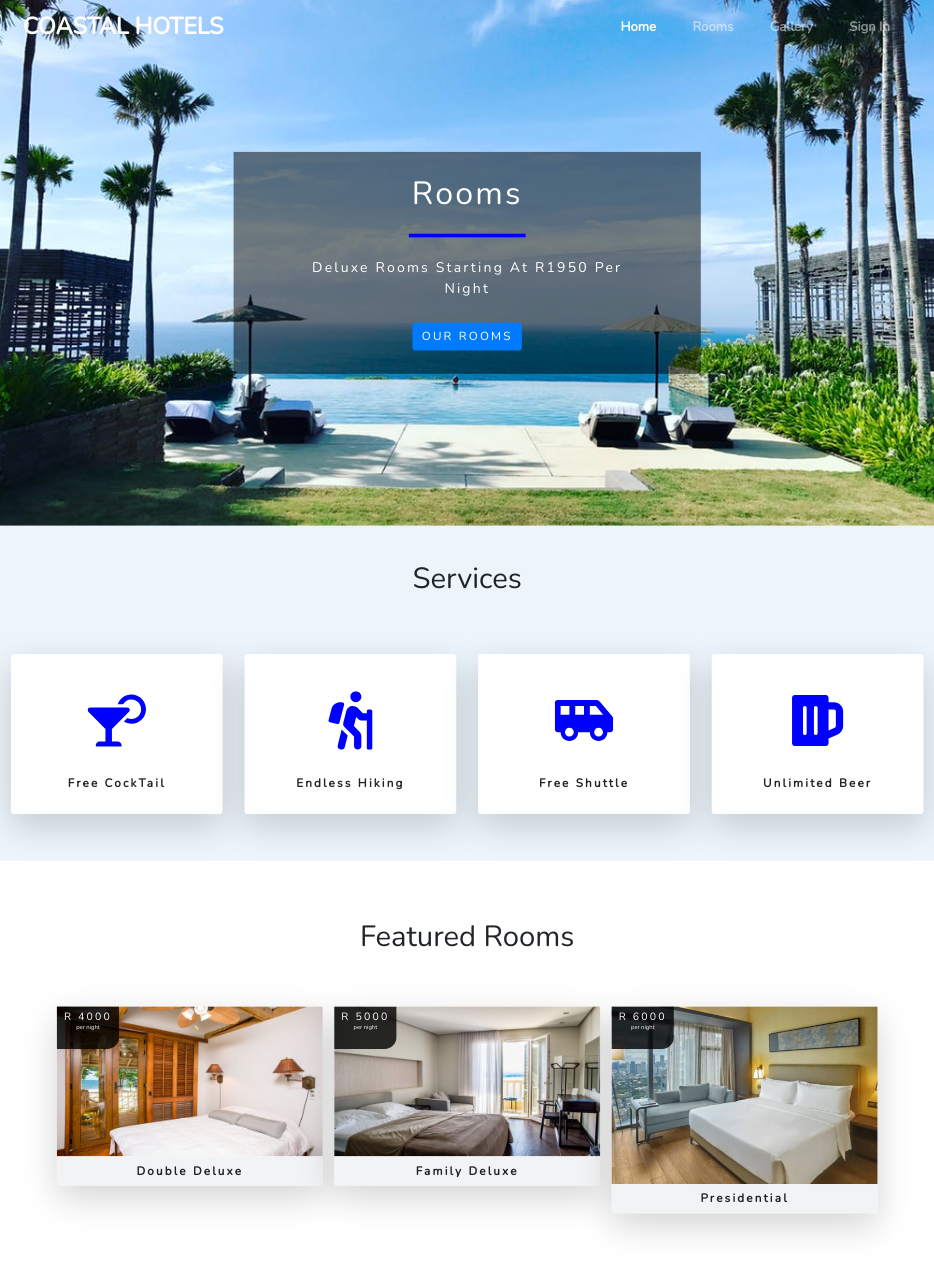
Repository: tebo27cMd/hotel
Page: /
These files come from the project's save history. The page is drawn as it stood at one moment and after a run of saves; the edit follows.
The browser window is 1280 px wide. The pictures show the whole page, at 73% of full size.
The project was rebuilt for these pictures with package versions that can differ from the ones it lists, and the page was loaded fresh each time. Also part of the build but not shown: src/components/RoomsFilter.jsx, src/components/RoomsList.jsx, src/components/RoomsContainer.jsx, src/pages/Rooms.jsx, src/components/StyledHero.jsx, src/firebase.js, src/pages/SingleRoom.jsx, src/pages/Error.jsx and 7 more.

Above is the page before, as saved 2022-11-16 13:04:24.

### public/index.html
<!DOCTYPE html>
<html lang="en">
  <head>
    <meta charset="utf-8" />
    <link rel="icon" href="%PUBLIC_URL%/favicon.ico" />
    <meta name="viewport" content="width=device-width, initial-scale=1" />
    <meta name="theme-color" content="#000000" />
    <meta
      name="description"
      content="Web site created using create-react-app"
    />
    <link rel="apple-touch-icon" href="%PUBLIC_URL%/logo192.png" />
    <link rel="manifest" href="%PUBLIC_URL%/manifest.json" />
    <title>Hotel Booking App</title>
    <link href="https://fonts.googleapis.com/css2?family=Nunito&display=swap" rel="stylesheet">
  </head>
  <body>
    <noscript>You need to enable JavaScript to run this app.</noscript>
    <div id="root"></div>
  </body>
</html>

### src/index.js
import React from 'react';
import ReactDOM from 'react-dom';
import App from './App';
import './index.css'
import * as serviceWorker from './serviceWorker';
import {RoomProvider} from './context'


ReactDOM.render(
  <React.StrictMode>
  <RoomProvider>
     <App />
  </RoomProvider>
  </React.StrictMode>,
  document.getElementById('root')
);

serviceWorker.unregister();

### src/App.js
import React from 'react';
import './App.css';
import '../node_modules/bootstrap/dist/css/bootstrap.min.css';
import '../node_modules/bootstrap/dist/js/bootstrap.min.js';
import { BrowserRouter,Route,Switch } from 'react-router-dom';
import Home from './pages/Home';
import Rooms from './pages/Rooms';
import SingleRoom from './pages/SingleRoom';
import Error from './pages/Error';
import Navbar from './components/Navbar';
import About from './pages/About';
// import Footer from './components/Footer';
import Contact from './pages/Contact';
import Booknow from './pages/Booknow';
// import Login from './pages/Login';
// import Register from './pages/Register';
import Payment from './pages/Payments';
import Gallery from './pages/gallery';

function App() {
  return (
    <div className="App">
      <BrowserRouter>
        <Navbar/>
        <Switch>
          {/* <Route exact path="/" component={Login}/> */}
          <Route exact path="/" component={Home} />
          <Route path="/about" component={About} />
          <Route path="/contact" component={Contact} />
          <Route path="/rooms/:id" component={SingleRoom} />
          <Route path="/rooms/" component={Rooms}/>
          <Route path="/booknow/:id" component={Booknow} />
          <Route path='/payments' component={Payment}/>
          <Route path='/gallery' component={Gallery}/>
          {/* <Route path='/login' component={Login}/>
          <Route path='/register' component={Register}/> */}
          <Route component={Error}/>
        </Switch>
        {/* <Footer/> */}
      </BrowserRouter>
    </div>
  );
}

export default App;

### src/App.css
@import url('https://fonts.googleapis.com/css2?family=Nunito&display=swap');
body {
  margin: 0;
  padding: 0;
  font-family: 'Nunito', sans-serif;
}
* {
  margin: 0;
  padding: 0;
  box-sizing: border-box;
}
:root {
  --primaryColor: #0000ff;
  --mainWhite: #fff;
  --offWhite: #f7f7f7;
  --mainBlack: #222;
  --mainGrey: #ececec;
  --darkGrey: #cfcfcf;
  --mainTransition: all 0.3s linear;
  --mainSpacing: 3px;
  --lightShadow: 2px 5px 3px 0px rgba(0, 0, 0, 0.5);
  --darkShadow: 4px 10px 5px 0px rgba(0, 0, 0, 0.5);
}
/* globals */
h1 {
  font-size: 3em;
  line-height: 1;
  margin-bottom: 0.5em;
}
h2 {
  font-size: 2em;
  margin-bottom: 0.75em;
}
h3 {
  font-size: 1.5em;
  line-height: 1;
  margin-bottom: 1em;
}
h4 {
  font-size: 1.2em;
  line-height: 1.25;
  margin-bottom: 1.25em;
}
h5 {
  font-size: 1em;
  font-weight: bold;
  margin-bottom: 1.5em;
}
h6 {
  font-size: 1em;
  font-weight: bold;
  margin-bottom: 1.5em;
}

.btn-primary {
  display: inline-block;
  text-decoration: none;
  letter-spacing: var(--mainSpacing);
  color: var(--mainBlack);
  background: var(--primaryColor);
  padding: 0.4rem 0.9rem;
  border: 3px solid var(--primaryColor);
  transition: var(--mainTransition);
  text-transform: uppercase;
  cursor: pointer;
}
.btn-warning {
  display: inline-block;
  text-decoration: none;
  letter-spacing: var(--mainSpacing);
  color: var(--mainBlack);
  background: var(--primaryColor);
  padding: 0.4rem 0.9rem;
  border: 3px solid var(--primaryColor);
  transition: var(--mainTransition);
  text-transform: uppercase;
  cursor: pointer;
}
.btn-primary:hover{
  text-decoration: none;
  background: transparent!important;
  color: #fff!important;
}
.btn-warning:hover{
  text-decoration: none;
  background: transparent!important;
  color: yellow!important;
}
.loading {
  text-transform: capitalize;
  text-align: center;
  margin-top: 3rem;
}
.roomerror{
  margin-top: 100px;
}
.roomerror:hover .error{
  background-color: #2C3E50;
  color: #ffffff!important;
}
.error {
  text-align: center;
  text-transform: uppercase;
  margin: 2rem 0;
}
.empty-search {
  text-align: center;
  text-transform: capitalize;
  margin: 2rem 0;
  padding: 1rem;
  letter-spacing: var(--mainSpacing);
}

/* end of globals */
/* Navbar */
.nav-link{
  padding: 8px 15px;
  margin-left: 10px;
  margin-right: 20px;
  font-size: 18px;
  text-align: center;
  border: 2px solid transparent;
  transition: .5s linear;
  font-weight: 800;
  -webkit-transition: .5s linear;
  -moz-transition: .5s linear;
  -ms-transition: .5s linear;
  -o-transition: .5s linear;
}
.bg-transparent.scrolled {
  background-color: black!important;
  transition:500ms ease;
}

.navbar-brand{
  font-size: 32px!important;
  color: #ffffff!important;
}
.nav-link:hover{
  color: #ffffff;
  border-bottom: 2px solid #ffffff;
}
.nav-link.active_class{
color: #ffffff;
border: 2px solid #ffffff;
font-weight: 800;
}

.form-control{
border: 2px solid #000;
}
.form-control:focus,
.form-control.active {
  border: 2px solid #000000!important;
}
textarea:focus,
textarea.form-control:focus,
input.form-control:focus,
input[type=text]:focus,
input[type=password]:focus,
input[type=email]:focus,
input[type=number]:focus,
[type=text].form-control:focus,
[type=password].form-control:focus,
[type=email].form-control:focus,
[type=tel].form-control:focus,
[contenteditable].form-control:focus {
box-shadow: inset 0 -1px 0 #ddd;
}


/* end of navbar */
/* Hero */
.defaultHero,
.roomsHero {
  min-height: calc(100vh - 0px);
  background: url("./images/defaultBcg.jpeg") center/cover no-repeat;
  display: flex;
  align-items: center;
  justify-content: center;
  position: relative;
}
.roomsHero {
  background-image: url("./images/room-2.jpg");
  min-height: calc(100vh - 0px);
}
.singleRoom {
  background-image: url("./images/room-3.jpeg");
  min-height: calc(100vh - 0px);
}
.roomsError{
  background-image: url("./images/error.jpg");
  min-height: calc(100vh - 0px);
}
.lost{
  font-size: 44px;
  color: yellow;
  text-align: center;
}
/* End of Hero */
/* Banner */
.banner {
  display: inline-block;
  position: absolute!important;
  background: rgba(0, 0, 0, 0.5)!important;
  color: var(--mainWhite);
  text-align: center;
  text-transform: capitalize;
  letter-spacing: var(--mainSpacing);
  top: 50%;
  left: 50%;
  transform: translate(-50%, -50%);
}
.banner h1 {
  font-size: 44px!important;
}
.banner div {
  width: 10rem;
  height: 5px;
  background: var(--primaryColor);
  margin: 1.7rem auto;
}
.banner p {
  font-size: 1.2rem;
  margin-bottom: 2rem;
}
@media screen and (max-width: 576px) {
  .banner {
    padding: 2rem 3rem!important
  }
  .banner h1 {
    font-size: 32px!important;
  }
}
@media screen and (min-width: 992px) {
  .banner {
    padding: 2rem 6rem;
  }
  .banner h1 {
    font-size: 4rem;
  }
}
/* End of Banner */
/* Title */
.section-title {
  text-align: center;
  margin-bottom: 4rem;
}
.section-title h4 {
  font-size: 2rem;
  letter-spacing: var(--mainSpacing);
  text-transform: capitalize;
  margin-bottom: 1rem;
}
.section-title div {
  width: 5rem;
  height: 5px;
  margin: 0 auto;
  background: var(--primaryColor);
}
/* end of Title */

/* services */
.services {
  padding: 3rem 0;
}
.services {
  background: #EBF5FB;
  text-align: center;
}

.service span {
  display: inline-block;
  color: var(--primaryColor);
  font-size: 80px;
  margin-bottom: 1.5rem;
  transition: 1s linear;
  -webkit-transition: 1s linear;
  -moz-transition: 1s linear;
  -ms-transition: 1s linear;
  -o-transition: 1s linear;
}
.services span:hover{
  transform: rotate(360deg);
  -webkit-transform: rotate(360deg);
  -moz-transform: rotate(360deg);
  -ms-transform: rotate(360deg);
  -o-transform: rotate(360deg);
}
.services h6 {
  letter-spacing: var(--mainSpacing);
  font-weight: 1000;
  text-transform: capitalize;
}
.services p {
  width: 80%;
  margin: 0 auto;
}
@media screen and (min-width: 992px) {
  .services-center {
    width: 95vw;
    max-width: 1170px;
  }
}

@media screen and (min-width: 1200px) {
  .services p {
    width: 100%;
  }
}
/*end of services */
/* featured rooms */

.featured-rooms {
  padding: 5rem 0;
}

/* end pf featured rooms */
/* room */
.room {
  transition: 0.4s linear;
  -webkit-transition: 0.4s linear;
  -moz-transition: 0.4s linear;
  -ms-transition: 0.4s linear;
  -o-transition: 0.4s linear;
  position: relative;
}
.room:hover {
  box-shadow: 0px 9px 18px rgba(0, 0, 0, 0.5)!important;
}

.price-top {
  position: absolute;
  top: 0;
  left: 0;
  background: rgba(0, 0, 0, 0.8);
  color: var(--mainWhite);
  padding: 0.3rem 0.6rem 0.5rem;
  border-bottom-right-radius: 1rem;
  font-size: 0.5rem;
  text-align: center;
  transition: 0.4s linear;
  -webkit-transition: 0.4s linear;
  -moz-transition: 0.4s linear;
  -ms-transition: 0.4s linear;
  -o-transition: 0.4s linear;
}
.price-top h6 {
  margin-bottom: 0;
  font-size: 0.9rem;
  font-weight: 300;
  letter-spacing: var(--mainSpacing);
}
.room-link {
  position: absolute;
  bottom: 0;
  right: 0;
  opacity: 0;
  transition: all 0.3s linear;
}
.room:hover {
  background: rgba(0, 0, 0, 0.8);
}
.room:hover img {
  opacity: 0.3;
}
.room:hover .price-top {
  opacity: 0;
}
.room:hover .room-link {
  opacity: 1;
  transform: translate(-90%, -200%) scale(1);
  -webkit-transform: translate(-90%, -200%) scale(1);
  -moz-transform: translate(-90%, -200%) scale(1);
  -ms-transform: translate(-90%, -200%) scale(1);
  -o-transform: translate(-90%, -200%) scale(1);
}
.room-info {
  background: #F2F3F4;
  text-transform: capitalize;
  padding: 0.5rem 0;
  text-align: center;
  font-weight: 700;
  letter-spacing: var(--mainSpacing);
  margin-bottom: 0;
}
/* end of room  */
/* single room*/

.single-room {
  padding: 5rem 0 0 0;
}
.single-room-images {
  width: 80vw;
  margin: 0 auto;
  display: grid;
  grid-template-columns: repeat(auto-fit, minmax(350px, 1fr));
  grid-row-gap: 2rem;
  grid-column-gap: 50px;
}
.single-room-images img {
  width: 100%;
  display: block;
}
.single-room-info {
  width: 80vw;
  display: grid;
  grid-template-columns: 1fr;
  margin: 2rem auto;
}
.desc,
.info {
  margin: 1rem 0;
}
.desc h3 {
  text-transform: capitalize;
  letter-spacing: var(--mainSpacing);
}
.desc p {
  line-height: 1.5;
}
.info h3,
.info h6 {
  text-transform: capitalize;
  letter-spacing: var(--mainSpacing);
}

.info h6 {
  font-weight: 300;
}
.room-extras {
  width: 80vw;
  margin: 0 auto 3rem auto;
}
.room-extras h6 {
  text-transform: capitalize;
  letter-spacing: var(--mainSpacing);
}
.extras {
  list-style-type: none;
  display: grid;
  grid-template-columns: repeat(auto-fit, minmax(330px, 1fr));
  grid-column-gap: 2rem;
  grid-row-gap: 1rem;
}
@media screen and (min-width: 992px) {
  .single-room-images,
  .single-room-info,
  .room-extras {
    width: 95vw;
    max-width: 1170px;
  }
  .single-room-info {
    display: grid;
    grid-template-columns: 1fr 1fr;
    grid-column-gap: 2rem;
  }
  .info {
    padding-left: 3rem;
  }
}
/* end of single room*/
/* roomlist */
.roomslist {
  padding: 5rem 0;
}
.roomslist-center {
  width: 80vw;
  margin: 0 auto;
  display: grid;
  grid-template-columns: repeat(auto-fill, minmax(270px, 1fr));
  grid-row-gap: 2rem;
  grid-column-gap: 30px;
}

@media screen and (min-width: 776px) {
  .roomslist-center {
    width: 90vw;
  }
}
@media screen and (min-width: 992px) {
  .roomslist-center {
    width: 95vw;
    max-width: 1170px;
  }
}
/* end of roomlist */
/*  rooms fitler*/
/* .filter-container {
  padding: 5rem 0;
}

.form-group {
  text-transform: capitalize;
}
.form-group label {
  display: block;
  letter-spacing: var(--mainSpacing);
  margin-bottom: 0.5rem;
} */

.single-extra label {
  display: inline-block;
  font-size: 0.8rem;
  margin-left: 0.5rem;
}

/* end of rooms fitler*/

/* aboutus */

.aboutus,.contact{
  margin-top: 100px!important;
}
.about_company,.team{
  padding: 60px 30px;
}
.about_info{
  letter-spacing: 40;
}
.carousel-inner{
  min-height: 400px!important;
  max-height: 400px!important;
}
.connect{
  font-size: 44px!important;
  padding: 5px 8px;
}
/*  */
.container-log{
  display: flex;
  width: 100vw;
  height: 100vh;
  background:url(./images/back.jpg);
  background-size: cover;
justify-content: center;
}


.details{
  padding-top: 200px;
  content:center ;
  /* place-content: ; */
}

.put{
  width:50px;
  font-size: 20px;
  margin-top:10px;
  padding-right: 30px;
}

.put label{
 width: 500px;
 /* height: 100px; */
 font-size: 0.9em;
}

#det{
  width: 300px;
  height: 30px;
  border-radius: 10px;
  border: 1px solid rgb(110, 9, 177);
}

.btn-login{
  display: flex;
  font-size: 19px;
  border-radius:9px;
  color:white;
  background: rgb(255, 98, 0);
  box-shadow:  black 0px 15px 12px;
  outline: none;
  cursor: pointer;
  margin-top: 20px;
  width: 60px;


}
.acc{
  display: flex;
  flex-direction: row;
}

.acc span{
  padding-top:15px;
}
.btnl{
  display: flex;
  justify-content: center;
}


.containerreg{

  padding-top: 200px;
  display: grid;
  background:url(./images/back.jpg);
  background-size: cover;
}

.input{
  width:300px;
  margin-bottom:5px ;
}
#input{
  height: 40px;
  width: 350px;
  border-radius:10px;
  border: 1px solid rgb(110, 9, 177);
}

.input label{
  font-size: 1.1em;
}

.Register{
  background-size: cover;
  display: flex;
  flex-direction: column;
  align-items: center;
  width: 400px;
  margin:auto;
}

.btn-reg{
  display: flex;
  font-size: 20px;
  border-radius:25px;
  color:white;
  background: blue;
  box-shadow:  black 0px 15px 12px;
  outline: none;
  cursor: pointer;
  transition: all 0.1s;


}

### src/pages/Home.jsx
import React from 'react'
import Hero from '../components/Hero';
import Banner from '../components/Banner';
import { Link } from 'react-router-dom';
import Services from '../components/Services';
import FeaturedRooms from '../components/FeaturedRooms';

export default function Home() {
    return (
        <>
        <Hero hero="defaultHero">
        </Hero>
        <Banner title="Rooms" subtitle="deluxe rooms starting at R1950 per night">
                <Link to="/rooms" className="btn btn-primary">
                      Our Rooms
                </Link>
        </Banner>
        <Services/>
        <FeaturedRooms/>
        </>

    )
}

### src/components/Navbar.jsx
import React from 'react';
import {NavLink} from 'react-router-dom';
import { FaAlignRight } from 'react-icons/fa';
import jquery from 'jquery';

// for changing navbar  color
jquery(window).scroll(function() {
jquery('nav').toggleClass('scrolled', jquery(this).scrollTop() > 0);
})

const Navbar = () => {
    return (
    <>
        <nav className="navbar navbar-expand-sm navbar-dark bg-transparent py-2 fixed-top">
            <div className="container-fluid ">
                <span className="navbar-brand font-weight-bolder">COASTAL HOTELS</span>
                <a href="void(0)" className="navbar-toggler border-0" data-toggle="collapse" data-target="#navbarSupportedContent" aria-controls="navbarSupportedContent" aria-expanded="false" aria-label="Toggle navigation">
                    <span>
                        <FaAlignRight className="nav-icon" /></span>
                </a>
                <div className="collapse navbar-collapse" id="navbarSupportedContent">
                    <ul className="navbar-nav ml-auto">
                        <li className="nav-item">
                            <NavLink className="nav-link"   to="/">Home</NavLink>
                        </li>
                        <li className="nav-item">
                            <NavLink className="nav-link"   to="/rooms">Rooms</NavLink>
                        </li>
                        <li className="nav-item">
                            <NavLink className="nav-link"   to="/Gallery">Gallery</NavLink>
                        </li>
                        <li className="nav-item">
                            <NavLink className="nav-link"   to="/login">Sign In</NavLink>
                        </li>
                    </ul>
                </div>
            </div>
        </nav>
    </>
    );
}
export default Navbar;

### src/components/Hero.jsx
import React from 'react'

export default function Hero({childern, hero}) {
    return <header className={hero}>{childern}</header>;

}

Hero.defaulProps ={
    hero:"defaultHero"
};

### src/components/Banner.jsx
import React from 'react'

export default function Banner({ children , title , subtitle  }) {
    return (
        <div className="banner">
            <h1>{title}</h1>
            <div/>
            <p>{subtitle}</p>
             {children}
        </div>
    )
}

### src/components/Services.jsx
import React, { Component } from 'react'
import Title from './Title'
import {FaCocktail, FaHiking , FaShuttleVan,FaBeer} from 'react-icons/fa'

export default class Services extends Component {
    state={
        services:[
            {
                icon:<FaCocktail/>,
                title: "Free CockTail",

            },
            {
                icon:<FaHiking/>,
                title: "Endless Hiking",

            },
            {
                icon:<FaShuttleVan/>,
                title: "Free Shuttle",

            },
            {
                icon:<FaBeer/>,
                title: "Unlimited Beer",

            },

        ]
    }
    render() {
        return (
            <div className="container-fluid services">
             <Title title="Services" />
                <div className="row">
                   {this.state.services.map((item, index) => {
                      return(
                        <div className="col-md-4 col-lg-3 col-12 mx-auto my-3" key={index}>
                            <div className="card shadow-lg border-0 p-4">
                                <article className="service">
                                <span>{item.icon}</span>
                                <h6>{item.title}</h6>
                                <p>{item.info}</p>
                                </article>
                           </div>
                        </div>
                      )
                   })}
                </div>
            </div>
        )
    }
}

### src/components/FeaturedRooms.jsx
import React, { Component } from 'react'
import { RoomContext } from '../context'
import Loading from './Loading';
import Room from './Room';
import Title from './Title';

export default class FeaturedRooms  extends Component {
    static contextType = RoomContext;
    render() {
        let { loading, featuredRooms : rooms } = this.context;
        console.log(rooms);
        rooms = rooms.map(room => {
            return <Room key={room.id} room={room}/>
        });
        return (

            <section className="featured-rooms container">
                <Title  title="Featured Rooms" />
                <div className="row">
                  {loading ? <Loading/> : rooms}
                </div>
            </section>
        )
    }
}

### src/components/Title.jsx
import React from 'react'

export default function Title({title}) {
    return (
        <div className="section-title">
            <h1>{title}</h1>
            {/* <div/> */}
        </div>
    )
}

### src/components/Loading.js
import React from 'react'
import loadingGif from '../images/gif/loading-arrow.gif';
export default function Loading() {
    return (
        <div className="loading">
           <h4>Rooms data loading...</h4>
           <img  src={loadingGif} alt="loading please wait"/>
        </div>
    )
}

### src/components/Room.jsx
import React from 'react';
import {Link} from 'react-router-dom';
import defaultImg from '../images/room-1.jpeg';
import PropTypes from 'prop-types';

export default function Room({room}) {
    const { name , id, images, price } = room;
    return (
        <div className="col-md-4 col-12 mx-auto p-2">
            <div className="card shadow-lg border-0 room">
                <img src={images[0] || defaultImg} alt="single room" className="img-fluid"/>
                <div className="price-top">
                    <h6>R {price}</h6>
                    <p>per night</p>
                </div>
                <Link to={`/rooms/${id}`} className="btn-warning room-link text-center" >Features</Link>
              <p className="room-info">{name}</p>
            </div>
        </div>
    )
}

Room.propTypes = {
    room: PropTypes.shape({
        name:PropTypes.string.isRequired,
        id:PropTypes.string.isRequired,
        images:PropTypes.arrayOf(PropTypes.string).isRequired,
        price:PropTypes.number.isRequired,
    })
}

Loaded but not shown: src/index.css (common file); src/serviceWorker.js (common file); src/data.js (760 lines, source omitted); src/context.js (116 lines, source omitted)

After the next 4 saves:
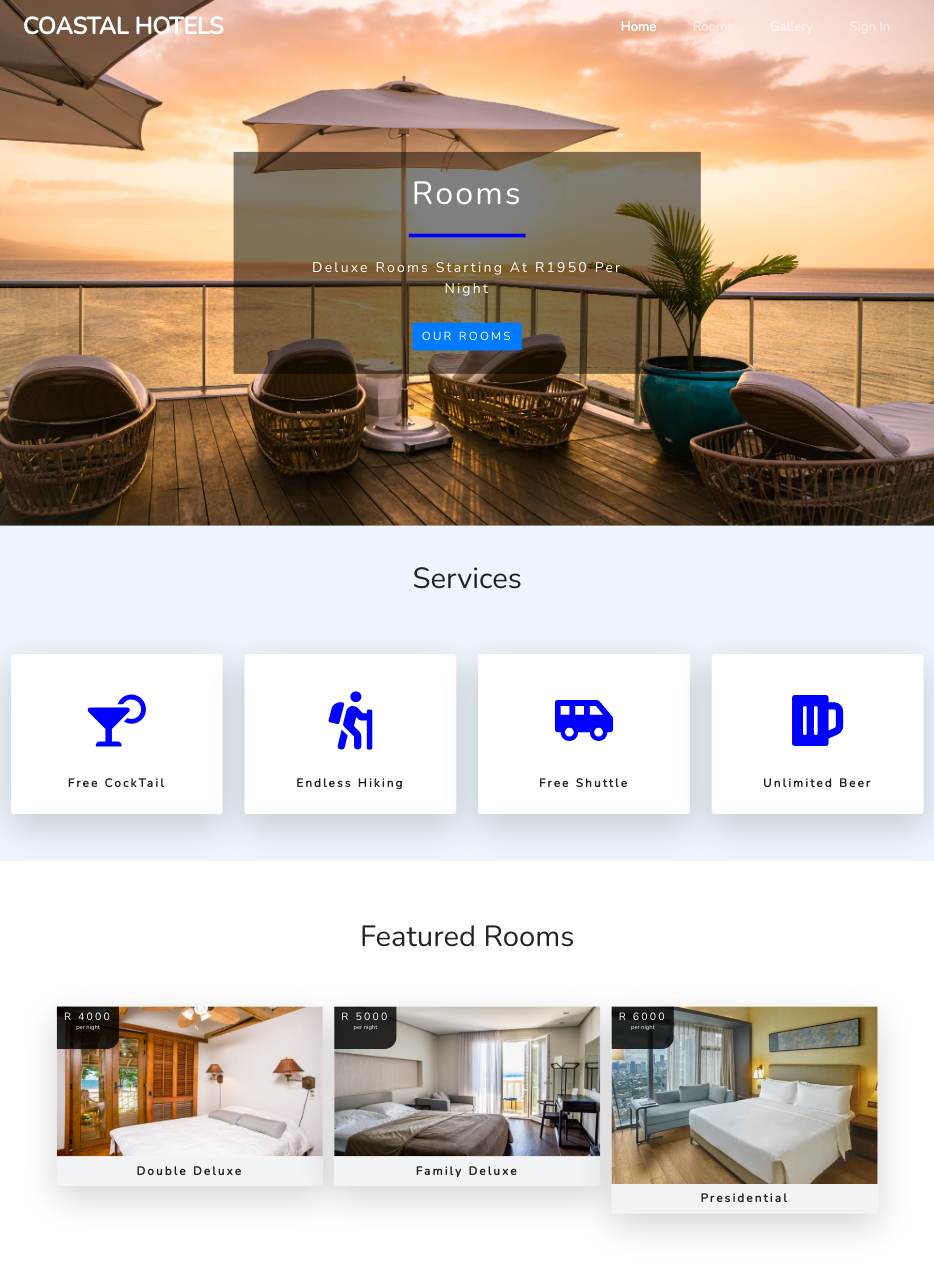
The 4 saves are shown as one change because they came seconds apart.
The last was saved 14 min 53 s later.
--- a/src/App.css
+++ b/src/App.css
@@ -174,7 +174,7 @@ box-shadow: inset 0 -1px 0 #ddd;
 .defaultHero,
 .roomsHero {
   min-height: calc(100vh - 0px);
-  background: url("./images/defaultBcg.jpeg") center/cover no-repeat;
+  background: url("./images/bg1.jpeg") center/cover no-repeat;
   display: flex;
   align-items: center;
   justify-content: center;
